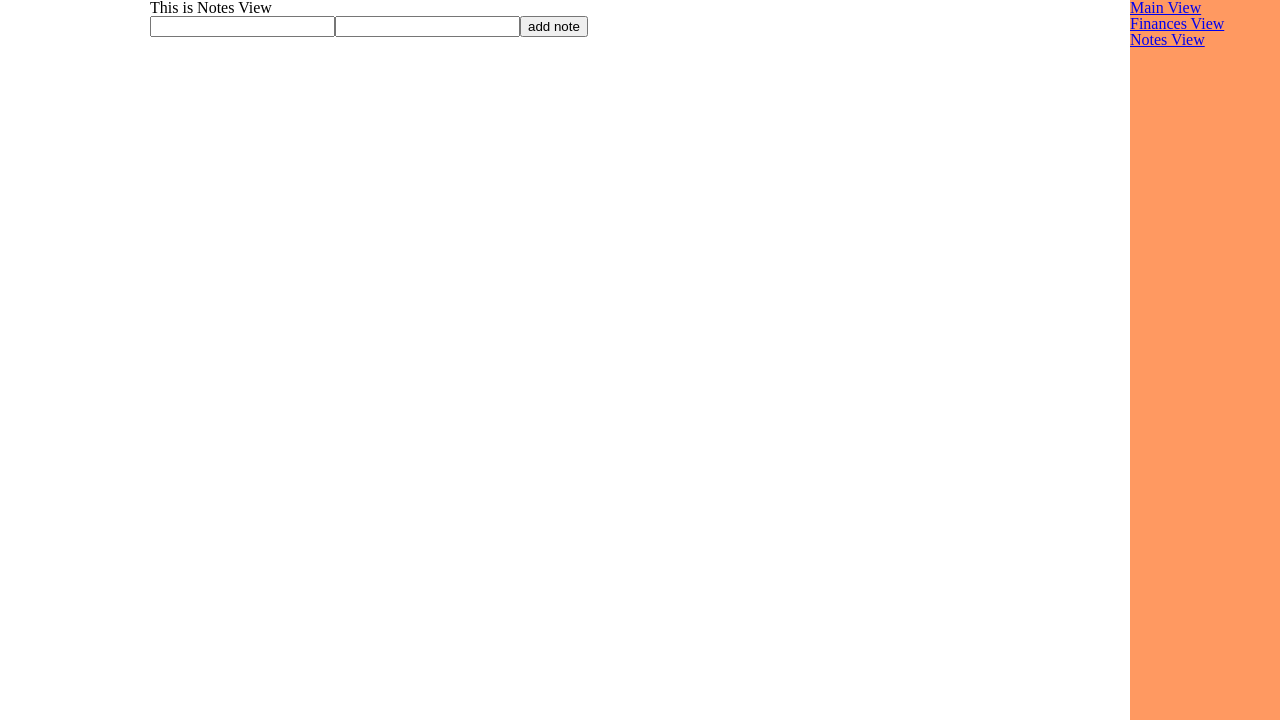
Repository: kryban93/Organiser-App
Page: /notes
The author's editor kept a copy of each file at every save. The page is drawn from the files as they stood at one save, then again after the next save.
The browser window is 1280 px wide. The pictures show the whole page.
The project was rebuilt for these pictures with package versions that can differ from the ones it lists, and the page was loaded fresh each time. Also part of the build but not shown: src/index.css, src/Components/MainView/MainView.js, src/Components/FinancesView/FinancesView.module.scss, src/Components/FinancesView/FinancesView.js, src/Components/NotesView/NotesView.scss.

Above is the page before, as saved 2020-10-13 18:43:33.

### src/App.js
import React from 'react';
import { BrowserRouter as Router, Switch, Route } from 'react-router-dom';
import './App.scss';
import MainView from './Components/MainView/MainView';
import Nav from './Components/Nav/Nav';
import FinancesView from './Components/FinancesView/FinancesView';
import NotesView from './Components/NotesView/NotesView';

function App() {
  return (
    <>
      <Router>
        <Nav />
        <main className='main'>
          <Switch>
            <Route exact path='/'>
              <MainView />
            </Route>
            <Route path='/finances'>
              <FinancesView />
            </Route>
            <Route path='/notes'>
              <NotesView />
            </Route>
          </Switch>
        </main>
      </Router>
    </>
  );
}

export default App;

### src/App.scss
@import './reset.scss';

.main {
  margin-left: 150px;
}

### src/Components/Nav/Nav.js
import React from 'react';
import './Nav.scss';
import { Link, NavLink } from 'react-router-dom';

const Nav = () => {
  return (
    <nav className='nav'>
      <div clasName='nav__menu'>
        <NavLink to='/'>
          <p>Main View</p>
        </NavLink>
        <NavLink to='/finances'>
          <p>Finances View</p>
        </NavLink>
        <NavLink to='/notes'>
          <p>Notes View</p>
        </NavLink>
      </div>
    </nav>
  );
};

export default Nav;

### src/Components/NotesView/NotesView.js
import React from 'react';
import './NotesView.scss';

const NotesView = () => {
  return (
    <div>
      <p>This is Notes View</p>

      <form>
        <input type='text' />
        <input />
        <button>add note</button>
      </form>
    </div>
  );
};

export default NotesView;

### src/Components/Nav/Nav.scss
.nav {
  background-color: #ff9961;
  position: absolute;
  top: 0;
  right: 0;
  height: 100%;
  width: 150px;
  display: flex;
}

Loaded but not shown: public/index.html (common file); src/index.js (common file); src/serviceWorker.js (common file); src/reset.scss (common file); src/index.css (no copy from this time; the picture is the same without it); src/Components/MainView/MainView.module.scss (no stored copy; drawn as an empty file)

After the next save:
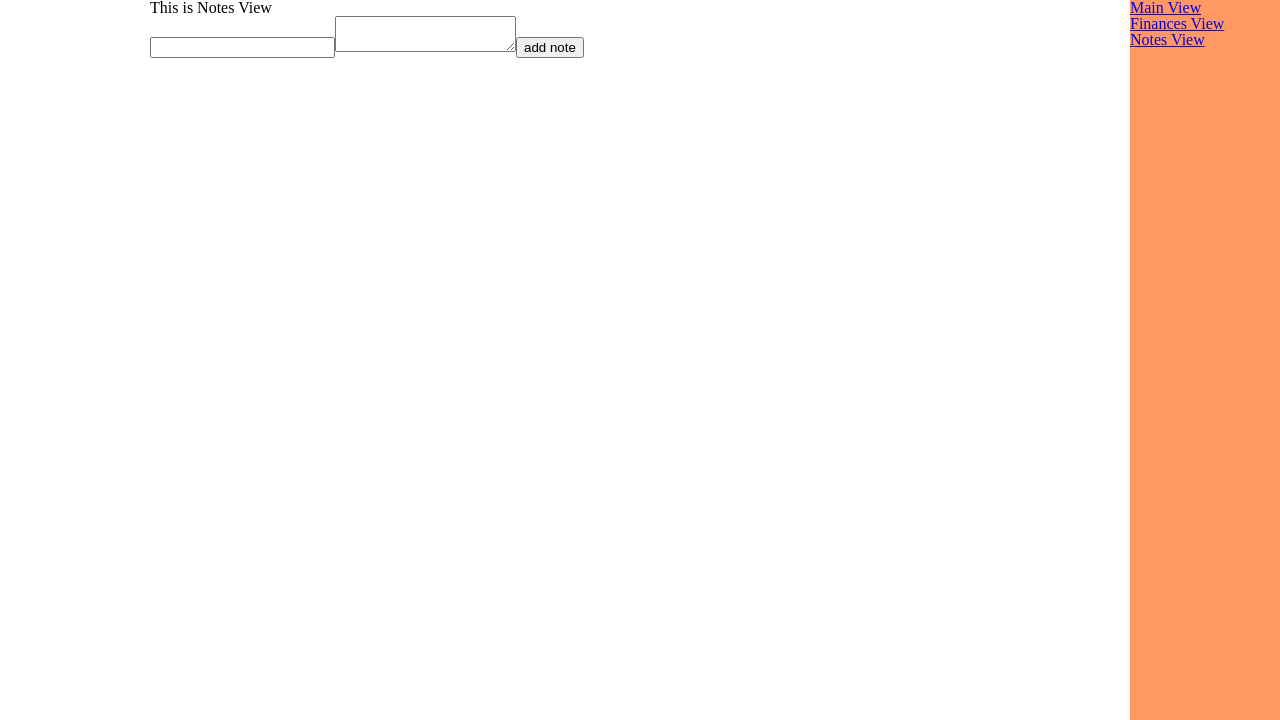
Saved 3 min 10 s later.
--- a/src/Components/NotesView/NotesView.js
+++ b/src/Components/NotesView/NotesView.js
@@ -8,7 +8,7 @@ const NotesView = () => {
 
       <form>
         <input type='text' />
-        <input />
+        <textarea />
         <button>add note</button>
       </form>
     </div>
